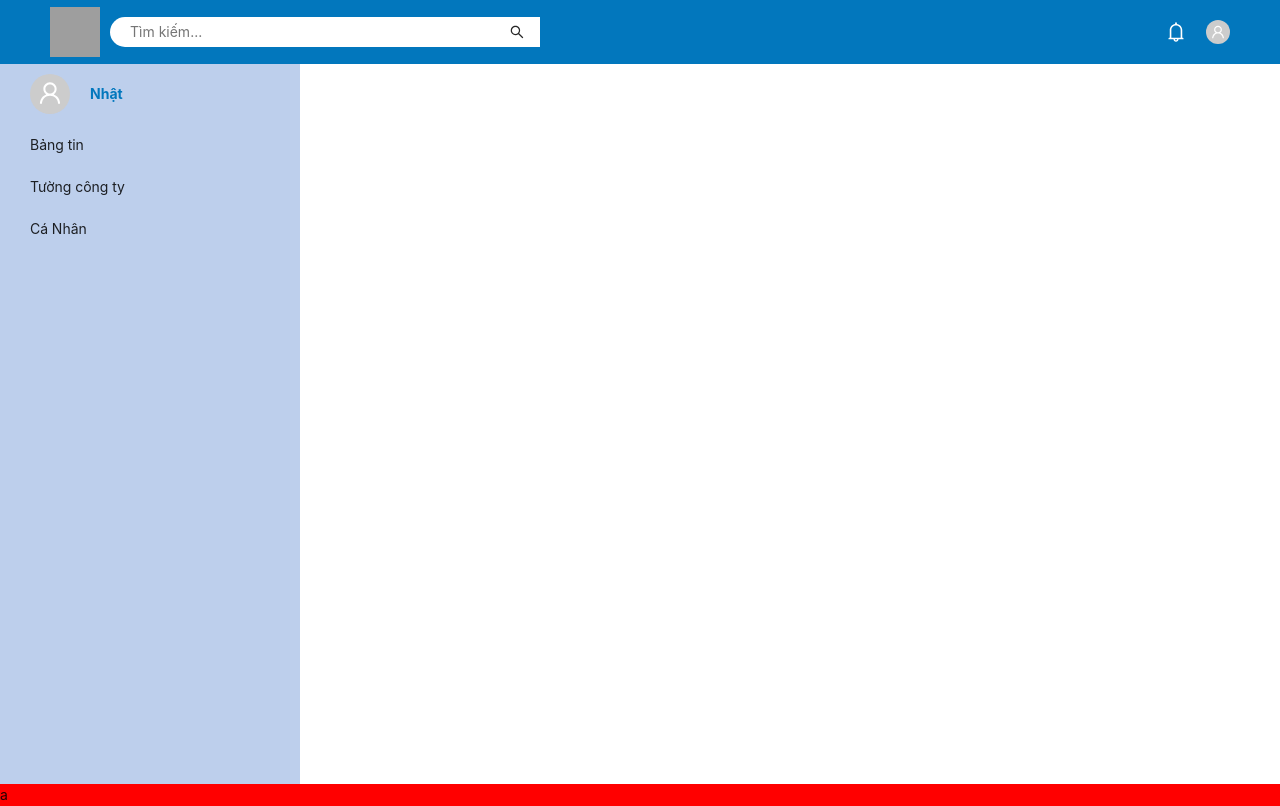
Repository: baonhat27/SocialNetwork_FE
Page: /home
An editor plug-in stored every save of this project. The page is shown before and after the next save, followed by the edit.
The browser window is 1280 px wide. The pictures show the whole page.
Pictures or frames that could not be fetched are drawn as grey boxes. The project was rebuilt for these pictures with package versions that can differ from the ones it lists, and the page was loaded fresh each time. Also part of the build but not shown: src/containers/home/component/HomeComponent.module.css, src/containers/loginPage/component/LoginPageComponent.module.css, src/components/Input/Input.module.css, src/components/Input/Input.js, src/components/Button/Button.module.css, src/components/Button/Button.js, src/containers/loginPage/component/LoginPageComponent.js, src/containers/loginPage/LoginPageContainer.js.

Above is the page before, as saved 2022-03-09 22:10:29.

After the next save:
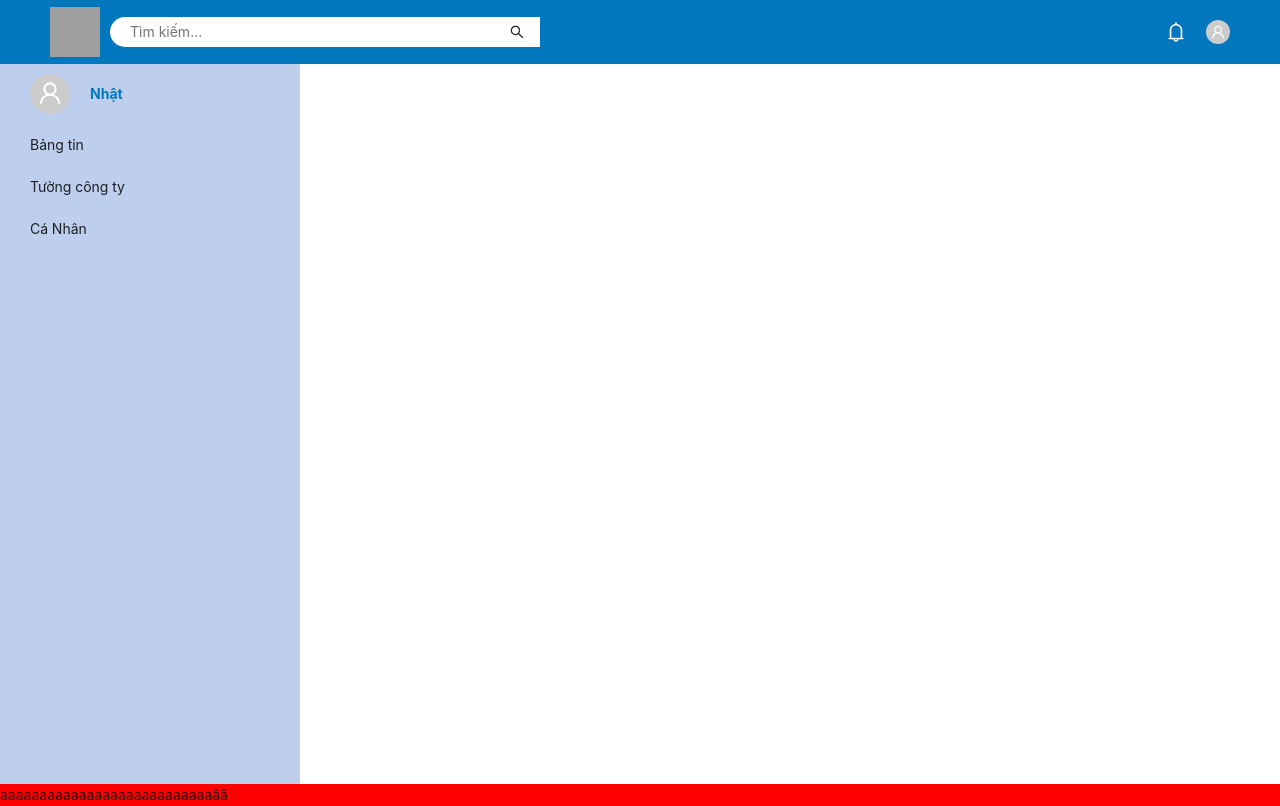
Saved 8 s later.
--- a/src/containers/content/component/ContentComponent.js
+++ b/src/containers/content/component/ContentComponent.js
@@ -4,7 +4,7 @@ import styles from "./ContentComponent.module.css"
 const ContentComponent = () => {
     return (
         <div className={styles.a}>
-            a
+            aaaaaaaaaaaaaaaaaaaaaaaaaaaââ
         </div>
     );
 };
